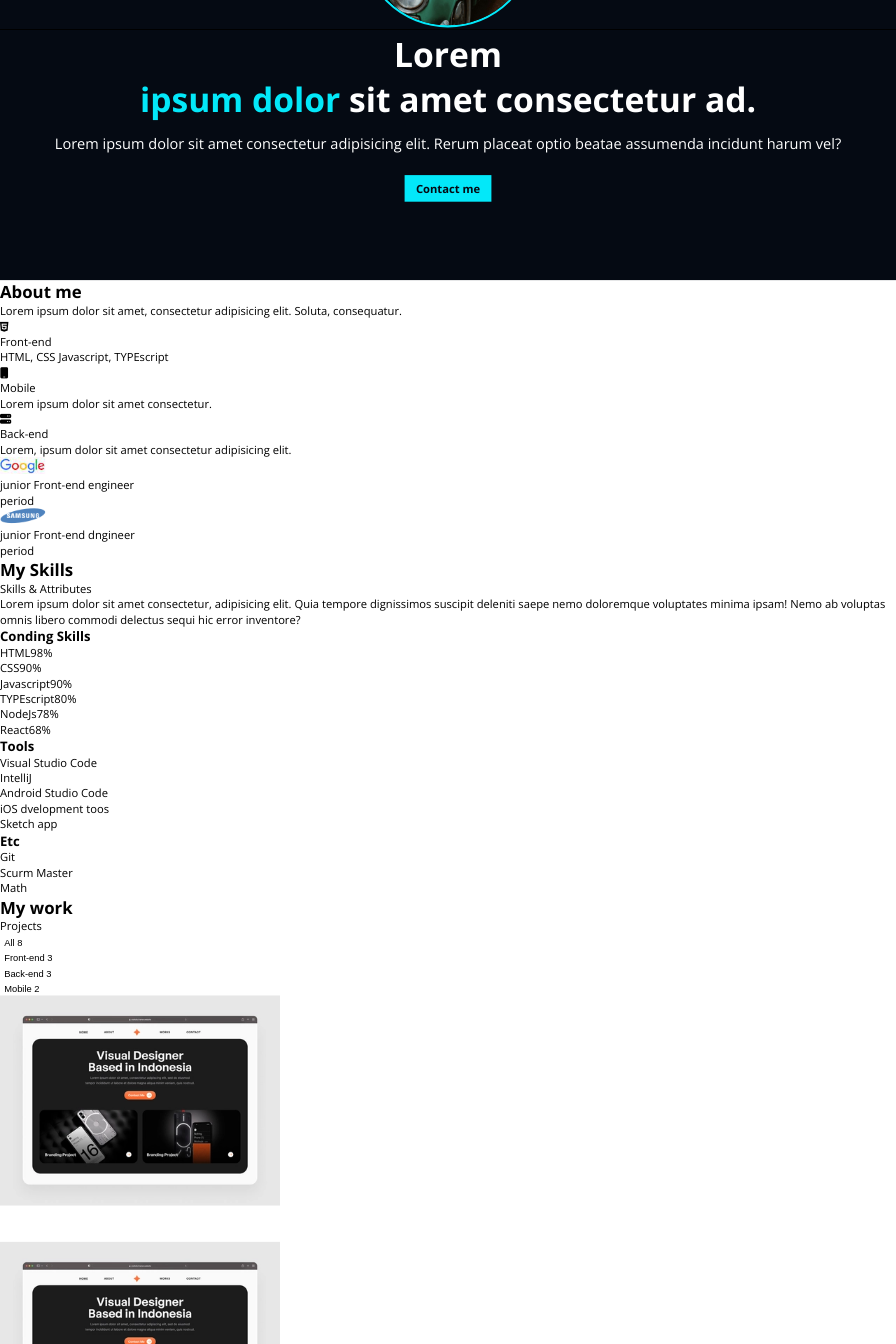
Repository: Arden-Sol/portfolio-website-clone-coding
Page: index.html
The author's editor kept a copy of each file at every save. The page is drawn from the files as they stood at one save, then again after the next save.
The browser window is 1280 px wide. The pictures show the part of the page from y = 323 to 2243 px (the page is 5722 px tall before and 5726 px after), at 70% of full size.
The pointer rests on the first visible `.home__contact`.
Some web libraries are served in a nearby version.

Above is the page before, as saved 2024-03-26 18:20:56.

### index.html
<!DOCTYPE html>
<html lang="en">

<head>
  <meta charset="UTF-8">
  <meta name="viewport" content="width=device-width, initial-scale=1.0">
  <!-- SEO -->
  <title>Arden&#39;s portfolio</title>
  <meta name="description" content="포트폴리오 연습장" />
  <meta name="author" content="arden">
  <link rel="shortcut icon" href="image/favicon.jpg" type="image/x-icon">
  <!-- OG (Open Graph Data) -->
  <meta property="og:title" content="포트폴리오">
  <meta property="og:type" content="website">
  <meta property="og:url" content="배포후 생성된 URL">
  <meta property="og:image" content="배포후 생성된 이미지 URL">
  <!-- Goole Font -->
  <link rel="preconnect" href="https://fonts.googleapis.com">
  <link rel="preconnect" href="https://fonts.gstatic.com" crossorigin>
  <link href="https://fonts.googleapis.com/css2?family=Open+Sans:ital,wght@0,300..800;1,300..800&display=swap"
    rel="stylesheet">
  <!-- Font Awesome -->
  <script src="https://kit.fontawesome.com/4dc9c1b526.js" crossorigin="anonymous"></script>
  <!-- CSS -->
  <link rel="stylesheet" href="css/style.css">
  <!-- Javascript -->
  <script src="src/main.js" defer></script>
</head>

<body>
  <!-- Header -->
  <header class="header">
    <div class="header__logo">
      <img class="header__logo__img" src="image/favicon.jpg" alt="">
      <h1 class="header__logo__title"><a href="#">Ellie</a></h1>
    </div>
    <nav>
      <ul class="header__menu">
        <li><a class="header__menu__item active" href="#home">Home</a></li>
        <li><a class="header__menu__item" href="#about">About</a></li>
        <li><a class="header__menu__item" href="#skills">Skills</a></li>
        <li><a class="header__menu__item" href="#work">My work</a></li>
        <li><a class="header__menu__item" href="#testimonial">Testimonials</a></li>
        <li><a class="header__menu__item" href="#contact">Contact</a></li>
      </ul>
    </nav>
  </header>
  <!-- Main -->
  <main>
    <!-- Home -->
    <section id="home">
      <img class="home__avatar" src="image/picture.jpg" alt="picture">
      <h2 class="home__title">Lorem <br> <strong class="home__title--strong">ipsum dolor</strong> sit amet consectetur
        ad.</h2>
      <p class="home__description">Lorem ipsum dolor sit amet consectetur adipisicing elit. Rerum placeat optio beatae
        assumenda incidunt harum
        vel?</p>
      <a class="home__contact" href="#contact">Contact me</a>
    </section>
    <!-- About -->
    <section id="about">
      <h2>About me</h2>
      <p>Lorem ipsum dolor sit amet, consectetur adipisicing elit. Soluta, consequatur.</p>
      <ul>
        <li>
          <i class="fa-brands fa-html5"></i>
          <p>Front-end</p>
          <p>HTML, CSS Javascript, TYPEscript</p>
        </li>
        <li>
          <i class="fa-solid fa-mobile"></i>
          <p>Mobile</p>
          <p>Lorem ipsum dolor sit amet consectetur.</p>
        </li>
        <li>
          <i class="fa-solid fa-server"></i>
          <p>Back-end</p>
          <p>Lorem, ipsum dolor sit amet consectetur adipisicing elit.</p>
        </li>
      </ul>
      <ul>
        <li><img src="image/jobs/google.png" alt="google">
          <div>
            <p>junior Front-end engineer</p>
            <p>period</p>
          </div>
        </li>
        <li><img src="image/jobs/samsung.png" alt="samsung">
          <div>
            <p>
              junior Front-end dngineer
            </p>
            <p>period</p>
          </div>
        </li>
      </ul>
    </section>
    <!-- Skills -->
    <section id=" skills">
      <h2>My Skills</h2>
      <p>Skills & Attributes</p>
      <p>Lorem ipsum dolor sit amet consectetur, adipisicing elit. Quia tempore dignissimos suscipit deleniti saepe nemo
        doloremque voluptates minima ipsam! Nemo ab voluptas omnis libero commodi delectus sequi hic error inventore?
      </p>
      <div>
        <section>
          <h3>Conding Skills</h3>
          <ul>
            <li>
              <div><span>HTML</span><span>98%</span></div>
              <div>
                <div style="width: 98%"></div>
              </div>
            </li>
            <li>
              <div><span>CSS</span><span>90%</span></div>
              <div>
                <div style="width: 98%"></div>
              </div>
            </li>
            <li>
              <div><span>Javascript</span><span>90%</span></div>
              <div>
                <div style="width: 98%"></div>
              </div>
            </li>
            <li>
              <div><span>TYPEscript</span><span>80%</span></div>
              <div>
                <div style="width: 98%"></div>
              </div>
            </li>
            <li>
              <div><span>NodeJs</span><span>78%</span></div>
              <div>
                <div style="width: 98%"></div>
              </div>
            </li>
            <li>
              <div><span>React</span><span>68%</span></div>
              <div>
                <div style="width: 98%"></div>
              </div>
            </li>
          </ul>
        </section>
        <section>
          <h3>Tools</h3>
          <ul>
            <li>Visual Studio Code</li>
            <li>IntelliJ</li>
            <li>Android Studio Code</li>
            <li>iOS dvelopment toos</li>
            <li>Sketch app</li>
          </ul>
        </section>
        <section>
          <h3>Etc</h3>
          <ul>
            <li>Git</li>
            <li>Scurm Master</li>
            <li>Math</li>
          </ul>
        </section>
      </div>
    </section>
    <!-- Work -->
    <section id="work">
      <h2>My work</h2>
      <p>Projects</p>
      <ul>
        <li><button>All <span>8</span></button></li>
        <li><button>Front-end <span>3</span></button></li>
        <li><button>Back-end <span>3</span></button></li>
        <li><button>Mobile <span>2</span></button></li>
      </ul>
      <ul>
        <li>
          <a href="#" target="_blank">
            <img src="image/projects/project1.webp" alt="project8">
            <div>
              <h3>Project #1</h3>
              <p>Clone Coding with HTML, CSS</p>
            </div>
          </a>
        </li>
        <li><a href="#" target="_blank"><img src="image/projects/project1.webp" alt="project1">
            <div>
              <h3>Project #1</h3>
              <p>Clone Coding with HTML, CSS</p>
            </div>
          </a></li>
        <li><a href="#" target="_blank"><img src="image/projects/project2.webp" alt="project2">
            <div>
              <h3>Project #2</h3>
              <p>Clone Coding with HTML, CSS</p>
            </div>
          </a></li>
        <li><a href="#" target="_blank"><img src="image/projects/project3.webp" alt="project3">
            <div>
              <h3>Project #3</h3>
              <p>Clone Coding with HTML, CSS</p>
            </div>
          </a></li>
        <li><a href="#" target="_blank"><img src="image/projects/project4.webp" alt="project4">
            <div>
              <h3>Project #4</h3>
              <p>Clone Coding with HTML, CSS</p>
            </div>
          </a></li>
        <li><a href="#" target="_blank"><img src="image/projects/project5.webp" alt="project5">
            <div>
              <h3>Project #5</h3>
              <p>Clone Coding with HTML, CSS</p>
            </div>
          </a></li>
        <li><a href="#" target="_blank"><img src="image/projects/project6.webp" alt="project6">
            <div>
              <h3>Project #6</h3>
              <p>Clone Coding with HTML, CSS</p>
            </div>
          </a></li>
        <li><a href="#" target="_blank"><img src="image/projects/project7.webp" alt="project7">
            <div>
              <h3>Project #7</h3>
              <p>Clone Coding with HTML, CSS</p>
            </div>
          </a></li>
      </ul>
    </section>
    <!-- Testimonials -->
    <section id="testimonial">
      <h2>Testimonial</h2>
      <p>See what they say about me</p>
      <ul>
        <li><img src="image/testimonials/people1.webp" alt="people1">
          <p>Lorem ipsum dolor sit amet consectetur adipisicing elit. Veniam ab quasi totam excepturi iure enim iusto
            facilis ut odio facere quaerat, sapiente nesciunt eveniet magnam porro, officiis molestiae, et nobis!</p>
          <p><a href="#">James Kim</a> /Google</p>
        </li>
        <li><img src="image/testimonials/people2.webp" alt="people2">
          <div>
            <p>Lorem ipsum dolor sit amet consectetur, adipisicing elit. Deleniti est neque ipsum distinctio accusamus
              expedita molestiae mollitia animi odio quam minus a atque exercitationem quidem nisi, dolores vel quisquam
              ipsa.</p>
            <p><a href="#">Anna Jin /Samsung</a></p>
          </div>
        </li>
        <li>
          <img src="image/testimonials/people3.webp" alt="people3">
          <div>
            <p>Lorem ipsum dolor sit amet consectetur adipisicing elit. Aut rerum quam quae impedit esse atque laborum
              accusantium maxime repudiandae assumenda, perferendis beatae repellat at? Nam, soluta assumenda. Veniam,
              odit possimus?</p>
            <p><a href="#">Anna Jin /Samsung</a></p>
          </div>
        </li>
      </ul>
    </section>
    <!-- Arrow up -->
    <aside>
      <a href="#home" title="back to top">
        <i class="fa-solid fa-arrow-up"></i></a>
    </aside>
  </main>
  <!-- Footer -->
  <footer id="contact">
    <h2>Let&#39;s talk</h2>
    <p>highhigh222@naver.com</p>
    <ul>
      <li>
        <a href="#" title="arden github link" target="_blank">
          <i class="fa-brands fa-github"></i>
        </a>
      </li>
      <li>
        <a href="#" title="arden linkedin link" target="_blank">
          <i class="fa-brands fa-linkedin"></i>
        </a>
      </li>
    </ul>
    <p>Dream Coding ellie - All right reserved</p>
  </footer>


</body>

</html>

### css/style.css
/* Global */
:root {
/* App Colors */
--color-primary: var(--color-black);
--color-primary-variant: var(--color-gray);
--color-accent: var(--color-blue);
--color-accent-variant: var(--color-orange);
--color-text: var(--color-white);

  /* Colors */
--color-white: #ffffff;
--color-black: #050a13;
--color-blue: #03e8f9;
--color-orange: #fd6413;
--color-gray: #1b1e26;
}

*{
  box-sizing: border-box;
}

body {
  margin : 0;
  font-family: 'Open Sans', sans-serif;
}

h1, h2, h3,p,ul {
  margin : 0;

}

ul{
  list-style: none;
  padding: 0;
}
a {
  text-decoration: none;
  color : var(--color-text);
}

button {
  background-color: transparent;
  outline: 0;
  border : 0;
}

button:hover {
  outline: 1px solid var(--color-accent);
}
/* Header */
.header{
  position:fixed;
  top:0;
  width: 100%;
  display: flex;
  justify-content: space-between;
  align-items: center;
  padding: 1rem;
  background-color: black;
}
.header__logo {
  display: flex;
  align-items: center;
  gap:8px;
}
.header__logo__img {
  width: 36px;
  height: 36px;
  border-radius: 100%;
}
.header__logo__title {
  font-size: 1.8rem;
}
.header__menu {
  display: flex;
  gap:4px
}
.header__menu__item {
  padding: 8px 16px;
}
.header__menu__item:hover {
  border-bottom:1px solid var(--color-accent)
}
.header__menu__item.active {
  border:1px solid var(--color-accent);
  border-radius: 4px;
}
/* Home */
#home{
  background-color: var(--color-primary);
  color: var(--color-text);
  padding : 5rem 1rem;
  padding-top: 7rem;
  text-align: center;
}
.home__avatar{
  width: 250px;
  height: 250px;
  object-fit:cover;
  border-radius: 100%;
  border:3px solid var(--color-accent);
}
.home__title {
  font-size: 3rem;
  margin-bottom: 1rem;
}
.home__title--strong{
  color: var(--color-accent);
}
.home__description {
  font-size: 1.3rem;
}
.home__contact{
  display: inline-block;
  background-color: var(--color-accent);
  color:var(--color-black);
  padding : 0.5rem 1rem;
  margin: 2rem;
  font-weight: bold;
}

Loaded but not shown: src/main.js (common file)

After the next save:
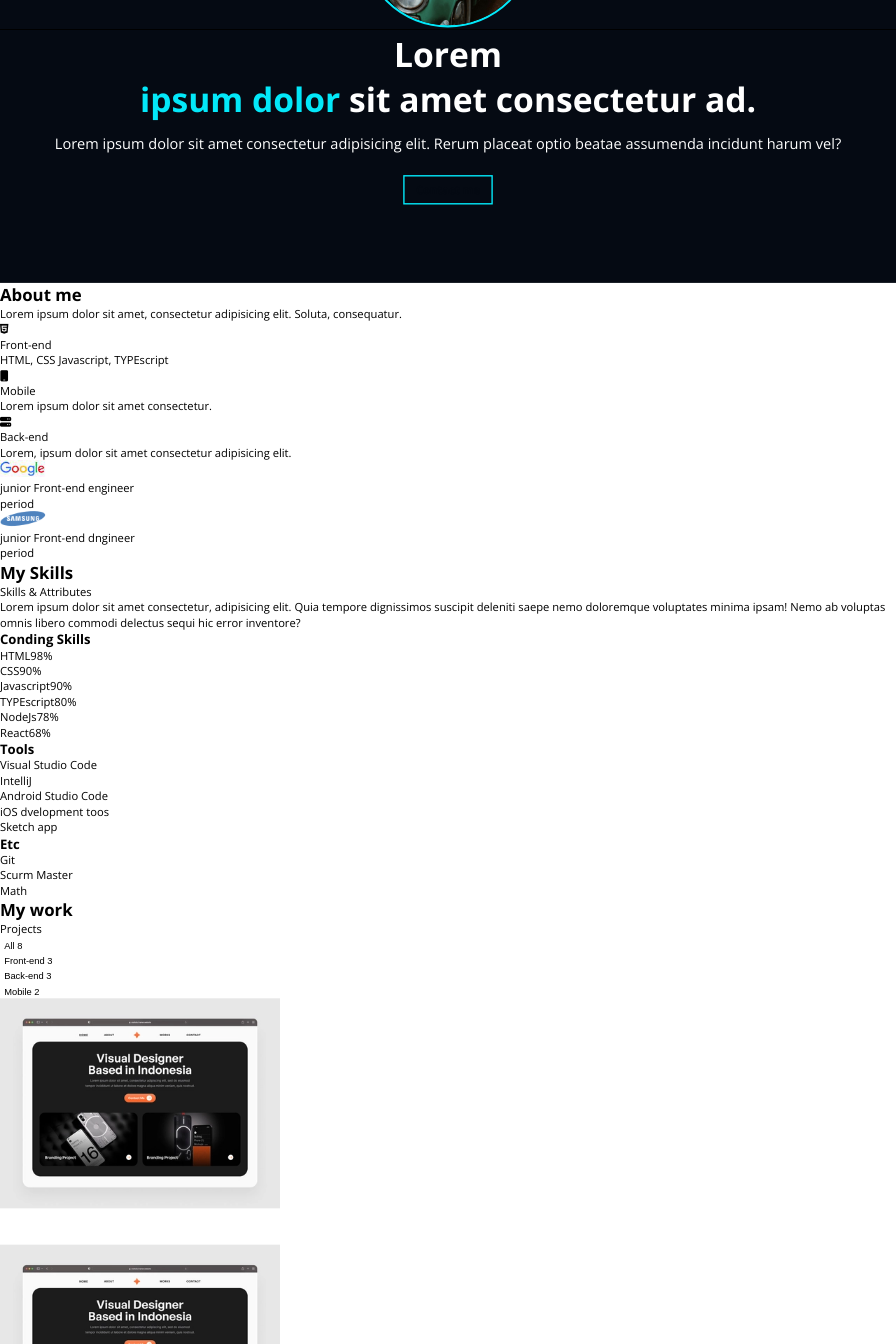
Saved 52 s later.
--- a/css/style.css
+++ b/css/style.css
@@ -118,3 +118,7 @@
   margin: 2rem;
   font-weight: bold;
 }
+.home__contact:hover{
+  background-color: transparent;
+  border: 2px solid var(--color-accent);
+}
